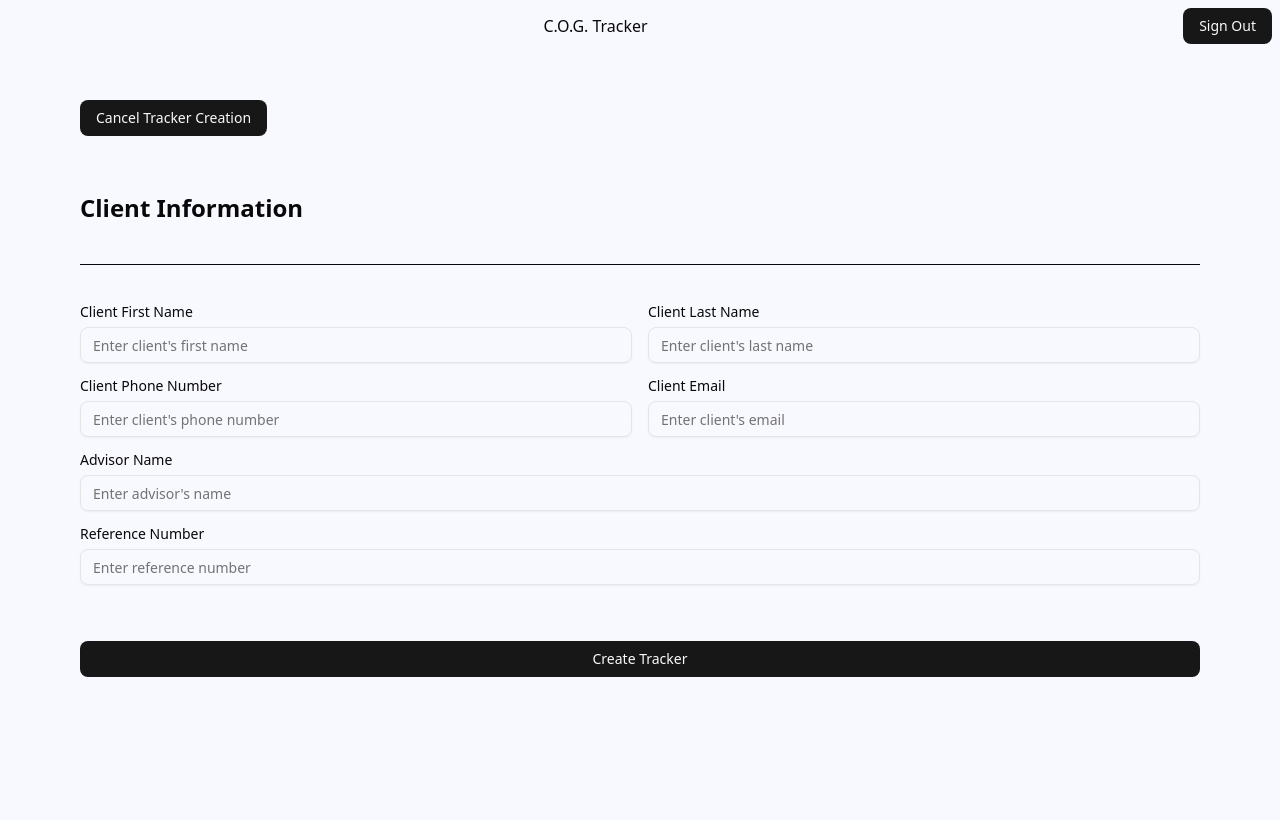
Repository: Renzo-Salosagcol/cog_tracker
Page: /dashboard/add-tracker
The author's editor kept a copy of each file at every save. The page is drawn from the files as they stood at one save, then again after the next save.
The browser window is 1280 px wide. The pictures show the whole page.
The page's requests for data from a server got no answer. The project was rebuilt for these pictures with package versions that can differ from the ones it lists, and the page was loaded fresh each time. The framework's server and built-in components were replaced by stand-ins that run in the browser. No one was signed in, and anything a server would have sent is missing. Also part of the build but not shown: next.config.ts.

Above is the page before, as saved 2026-01-16 19:34:16.

After the next save:
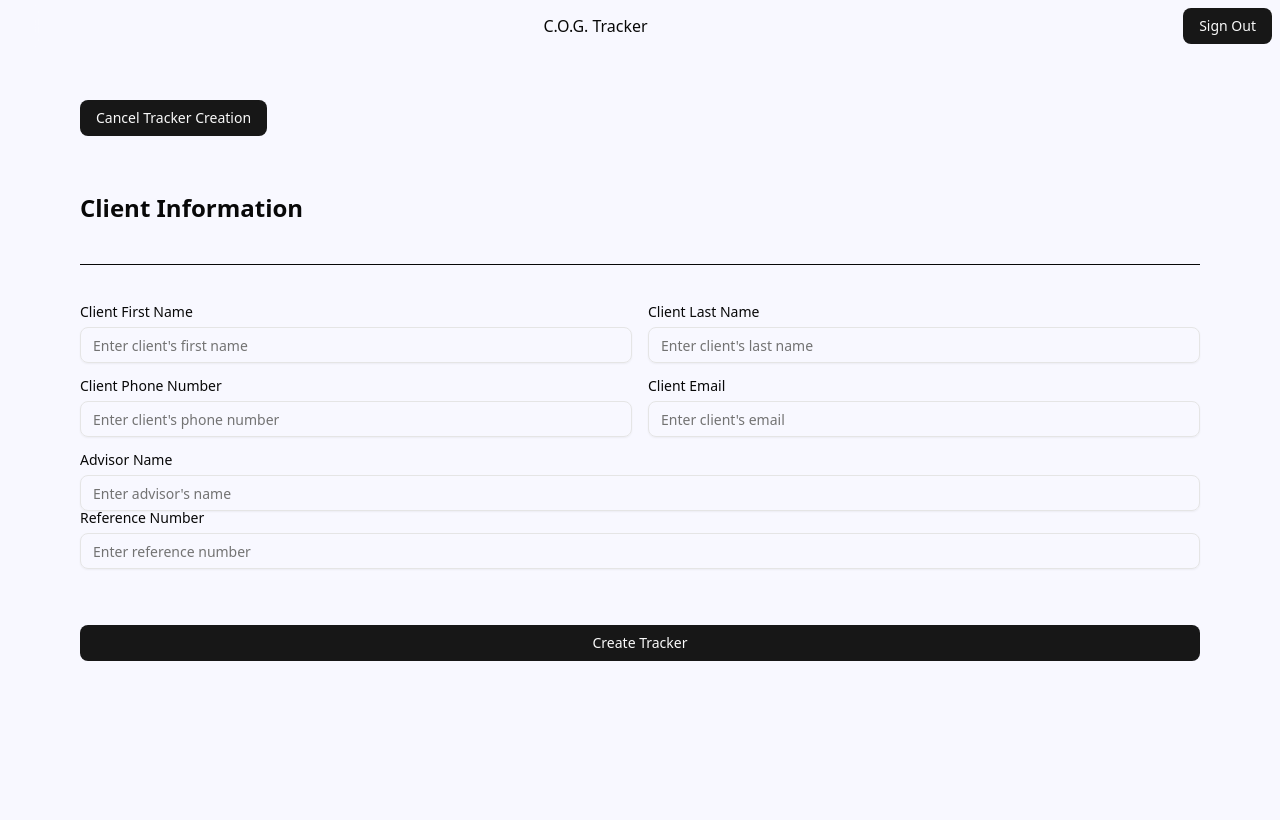
Saved 73 s later.
--- a/app/dashboard/add-tracker/page.tsx
+++ b/app/dashboard/add-tracker/page.tsx
@@ -163,34 +163,36 @@ export default function AddTrackerPage() {
                 />
               </div>
             </div>
-            <FormField
-              control={form.control}
-              name="advisor_name"
-              render={({ field }) => (
-                <FormItem>
-                  <FormLabel>Advisor Name</FormLabel>
-                  <FormControl>
-                    <Input placeholder="Enter advisor's name" {...field} />
-                  </FormControl>
-                </FormItem>
-              )}
-            />
-            <FormField
+            <div>
+              <FormField
+                control={form.control}
+                name="advisor_name"
+                render={({ field }) => (
+                  <FormItem>
+                    <FormLabel>Advisor Name</FormLabel>
+                    <FormControl>
+                      <Input placeholder="Enter advisor's name" {...field} />
+                    </FormControl>
+                  </FormItem>
+                )}
+              />
+              <FormField
               control={form.control}
               name="reference_number"
               render={({ field }) => (
-                <FormItem>
-                  <FormLabel>Reference Number</FormLabel>
-                  <FormControl>
-                    <Input
-                      type="number"
-                      placeholder="Enter reference number"
-                      {...field}
-                    />
-                  </FormControl>
-                </FormItem>
-              )}
-            />
+                  <FormItem>
+                    <FormLabel>Reference Number</FormLabel>
+                    <FormControl>
+                      <Input
+                        type="number"
+                        placeholder="Enter reference number"
+                        {...field}
+                      />
+                    </FormControl>
+                  </FormItem>
+                )}
+              />
+            </div>
             <Button type="submit" className="w-full mt-10">Create Tracker</Button>
           </form>
         </Form>
